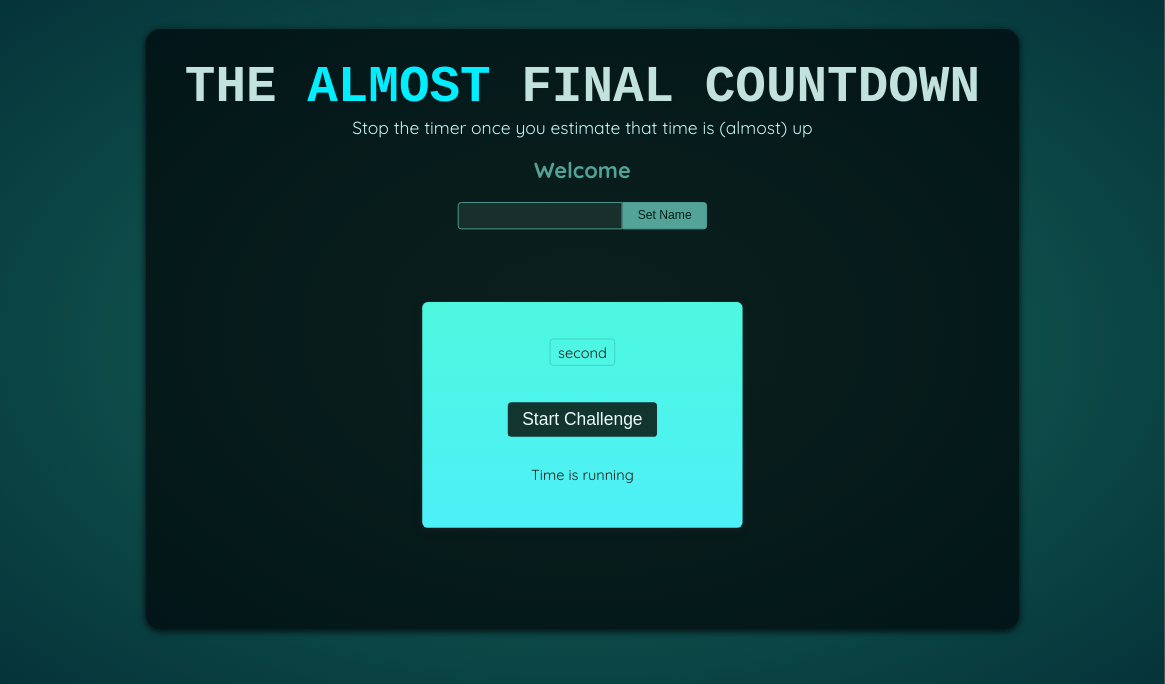
Repository: H-ala/react-near-end
Page: /
The author's editor kept a copy of each file at every save. The page is drawn from the files as they stood at one save, then again after the next save.
The browser window is 1280 px wide. The pictures show the whole page, at 91% of full size.
Some web fonts or font styles are not loaded; a fallback is used. The project was rebuilt for these pictures with package versions that can differ from the ones it lists, and the page was loaded fresh each time. Also part of the build but not shown: vite.config.js.

Above is the page before, as saved 2025-09-26 15:48:58.

After the next save:
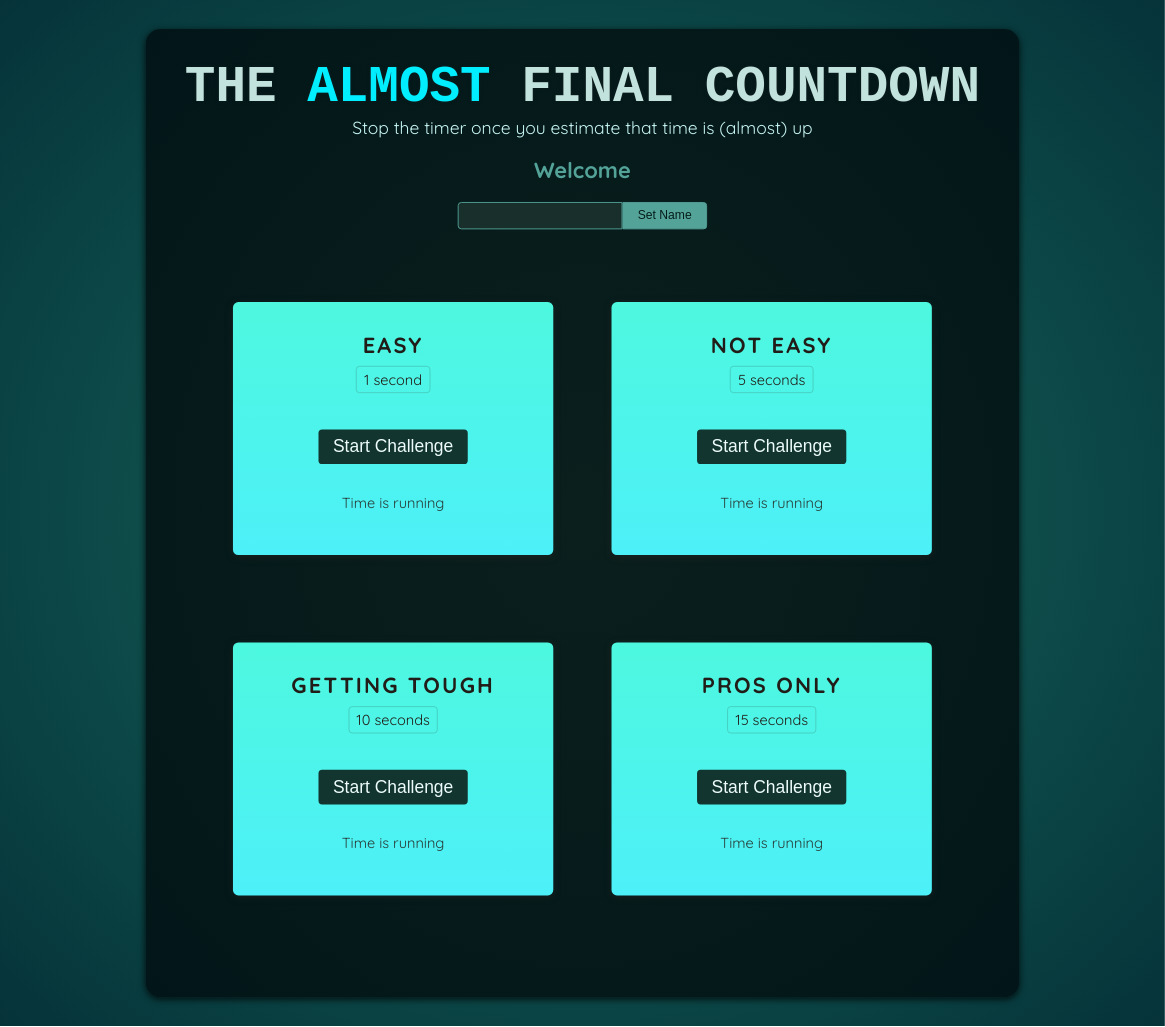
Saved 110 s later.
--- a/src/App.jsx
+++ b/src/App.jsx
@@ -6,7 +6,10 @@ function App() {
     <>
       <Player />
       <div id="challenges">
-        <TimerChallenge />
+        <TimerChallenge title="Easy" targetTime={1} />
+        <TimerChallenge title="Not easy" targetTime={5} />
+        <TimerChallenge title="Getting tough" targetTime={10} />
+        <TimerChallenge title="Pros Only" targetTime={15} />
       </div>
     </>
   );
